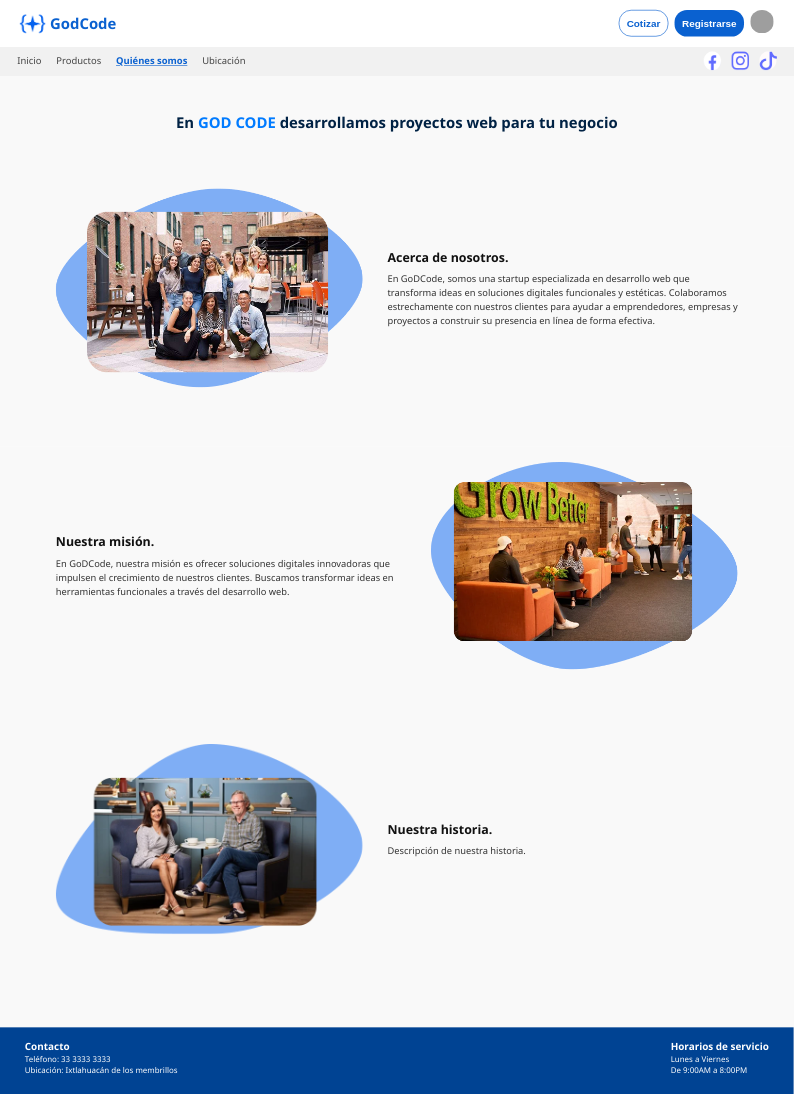
Repository: deDios/God-Code
Page: http://localhost/VIEW/Nosotros.php
These files come from the project's save history. The page is drawn as it stood at one moment and after the next save; the edit follows.
The browser window is 1280 px wide. The pictures show the whole page, at 62% of full size.
Pictures or frames that could not be fetched are drawn as grey boxes. The page is run by PHP 8.4 with error messages shown; the project is at /var/www/html/.

Above is the page before, as saved 2025-06-08 11:25:16.
Console error: TypeError: Cannot set properties of null (setting 'innerHTML')

### VIEW/Nosotros.php
<!DOCTYPE html>
<html lang="en">

<head>
    <meta charset="UTF-8">
    <meta name="viewport" content="width=device-width, initial-scale=1.0">
    <title>Document</title>
    <link rel="stylesheet" href="../CSS/index.css">
</head>

<body>
    <!-- Tope de pagina -->
    <header id="header">
        <!-- esta barra en el tope de pagina solo renderiza segun la resolucion de las pantallas pequeñas -->
        <div class="social-bar-mobile">
            <div class="icon-mobile">
                <img src="../ASSETS/index/Facebook.png" alt="Facebook" />
            </div>
            <div class="icon-mobile">
                <img src="../ASSETS/index/Instagram.png" alt="Instagram" />
            </div>
            <div class="icon-mobile">
                <img src="../ASSETS/index/Tiktok.png" alt="TikTok" />
            </div>
            <!-- icono de usuario para despues hacer el login pero para la vista mobile-->
            <div class="user-icon-mobile">
                <img src="https://img.freepik.com/premium-vector/free-vector-user-icon-simple-line_901408-588.jpg"
                    alt="Usuario" />
            </div>
        </div>

        <div class="top-bar" id="top-bar">
            <div class="logo">
                <img src="../ASSETS/godcode_icon.png" alt="Logo GodCode" class="logo-icon">
                GodCode
            </div>

            <!--Boton hamburguesa que aparece segun la resolucion-->
            <div class="hamburger" onclick="toggleMenu()">☰</div>

            <div class="actions">
                <button class="btn btn-outline" onclick="location.href='#'">Cotizar</button>
                <button class="btn btn-primary" onclick="location.href='#'">Registrarse</button>
                <!-- icono de usuario para despues hacer el login -->
                <div class="user-icon">
                    <img src="https://img.freepik.com/premium-vector/free-vector-user-icon-simple-line_901408-588.jpg"
                        alt="Usuario" />
                </div>
            </div>

        </div>
        <!-- Barra de navegación pequeña -->
        <div id="mobile-menu" class="subnav">
            <a href="#">Inicio</a>
            <a href="#">Productos</a>
            <a href="#" class="active">Quiénes somos</a>
            <a href="#">Ubicación</a>

            <div class="social-icons">
                <div class="circle-icon">
                    <img src="../ASSETS/index/Facebook.png" alt="Facebook" />
                </div>
                <div class="circle-icon">
                    <img src="../ASSETS/index/Instagram.png" alt="Instagram" />
                </div>
                <div class="circle-icon">
                    <img src="../ASSETS/index/Tiktok.png" alt="TikTok" />
                </div>
            </div>
        </div>
    </header>


    <main>

        <section class="nosotros">
            <h2 class="nosotros-titulo">En <span>GOD CODE</span> desarrollamos proyectos web para tu negocio</h2>

            <!-- Acerca de nosotros -->
            <div class="bloque-nosotros fila normal">
                <div class="decoracion"></div>
                <img src="../ASSETS/Nosotros/seccion1_img1.png" alt="Acerca de nosotros" class="imagen-nosotros">
                <div class="texto-nosotros">
                    <h3>Acerca de nosotros.</h3>
                    <p>En GoDCode, somos una startup especializada en desarrollo web que transforma ideas en soluciones
                        digitales funcionales y estéticas. Colaboramos estrechamente con nuestros clientes para ayudar a
                        emprendedores, empresas y proyectos a construir su presencia en línea de forma efectiva.</p>
                </div>
            </div>

            <!-- Nuestra misión -->
            <div class="bloque-nosotros fila invertida">
                <div class="decoracion"></div>
                <img src="../ASSETS/Nosotros/seccion1_img2.png" alt="Nuestra misión" class="imagen-nosotros">
                <div class="texto-nosotros">
                    <h3>Nuestra misión.</h3>
                    <p>En GoDCode, nuestra misión es ofrecer soluciones digitales innovadoras que impulsen el
                        crecimiento de nuestros clientes. Buscamos transformar ideas en herramientas funcionales a
                        través del desarrollo web.</p>
                </div>

            </div>

            <!-- Nuestra historia -->
            <div class="bloque-nosotros fila normal">
                <div class="decoracion"></div>
                <img src="../ASSETS/Nosotros/seccion1_img3.png" alt="Nuestra historia" class="imagen-nosotros">
                <div class="texto-nosotros">
                    <h3>Nuestra historia.</h3>
                    <p>Descripción de nuestra historia.</p>
                </div>
            </div>

        </section>

    </main>


    <!-- Pie de pagina -->
    <footer>
        <div>
            <strong>Contacto</strong>
            <small>Teléfono: 33 3333 3333</small>
            <small>Ubicación: Ixtlahuacán de los membrillos</small>
        </div>
        <div>
            <strong>Horarios de servicio</strong>
            <small>Lunes a Viernes</small>
            <small>De 9:00AM a 8:00PM</small>
        </div>
    </footer>
    <script src="../JS/index.js"></script>
</body>

</html>

Loaded but not shown: JS/index.js (105 lines, source omitted); CSS/index.css (942 lines, source omitted)

After the next save:
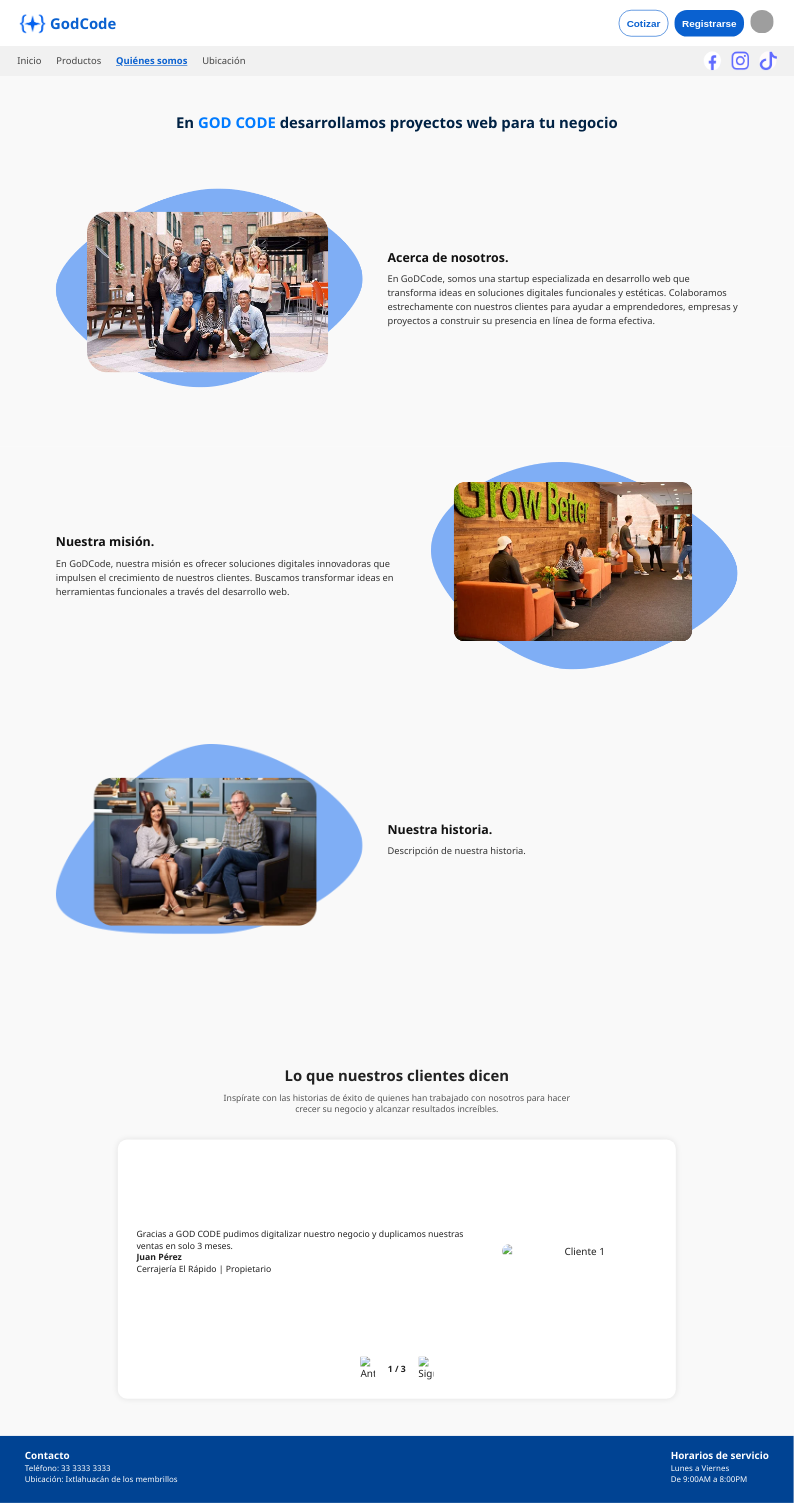
Not found: VIEW/img/flecha-derecha.png
Not found: VIEW/img/flecha-izquierda.png
Not found: VIEW/img/testimonio1.jpg
Saved 18 s later.
--- a/VIEW/Nosotros.php
+++ b/VIEW/Nosotros.php
@@ -113,6 +113,54 @@
 
         </section>
 
+        <section class="testimonios">
+            <h2>Lo que nuestros clientes dicen</h2>
+            <p class="subtitulo">
+                Inspírate con las historias de éxito de quienes han trabajado con nosotros para hacer crecer su negocio
+                y alcanzar resultados increíbles.
+            </p>
+
+            <div class="contenedor-carrusel">
+                <div class="carrusel">
+
+                    <div class="slide activo">
+                        <div class="texto-testimonio">
+                            <p>Gracias a GOD CODE pudimos digitalizar nuestro negocio y duplicamos nuestras ventas en
+                                solo 3 meses.</p>
+                            <strong>Juan Pérez</strong><br>
+                            <span>Cerrajería El Rápido | Propietario</span>
+                        </div>
+                        <img src="img/testimonio1.jpg" alt="Cliente 1" class="img-testimonio">
+                    </div>
+
+                    <div class="slide">
+                        <div class="texto-testimonio">
+                            <p>Con su ayuda logramos automatizar procesos internos. Ahora tenemos un sistema que
+                                facilita nuestra gestión diaria.</p>
+                            <strong>Laura Gómez</strong><br>
+                            <span>AutoPartes Gómez | Administradora</span>
+                        </div>
+                        <img src="img/testimonio2.jpg" alt="Cliente 2" class="img-testimonio">
+                    </div>
+
+                    <div class="slide">
+                        <div class="texto-testimonio">
+                            <p>El equipo de GOD CODE es profesional y atento. Nos ayudaron a construir una plataforma
+                                que ahora usan cientos de usuarios.</p>
+                            <strong>Andrés Martínez</strong><br>
+                            <span>Grow Beta | Fundador</span>
+                        </div>
+                        <img src="img/testimonio3.jpg" alt="Cliente 3" class="img-testimonio">
+                    </div>
+                </div>
+
+                <div class="botones-carrusel">
+                    <img src="img/flecha-izquierda.png" alt="Anterior" class="btn-carrusel" onclick="moverCarrusel(-1)">
+                    <span id="indicador">1 / 3</span>
+                    <img src="img/flecha-derecha.png" alt="Siguiente" class="btn-carrusel" onclick="moverCarrusel(1)">
+                </div>
+            </div>
+        </section>
     </main>
 
 
